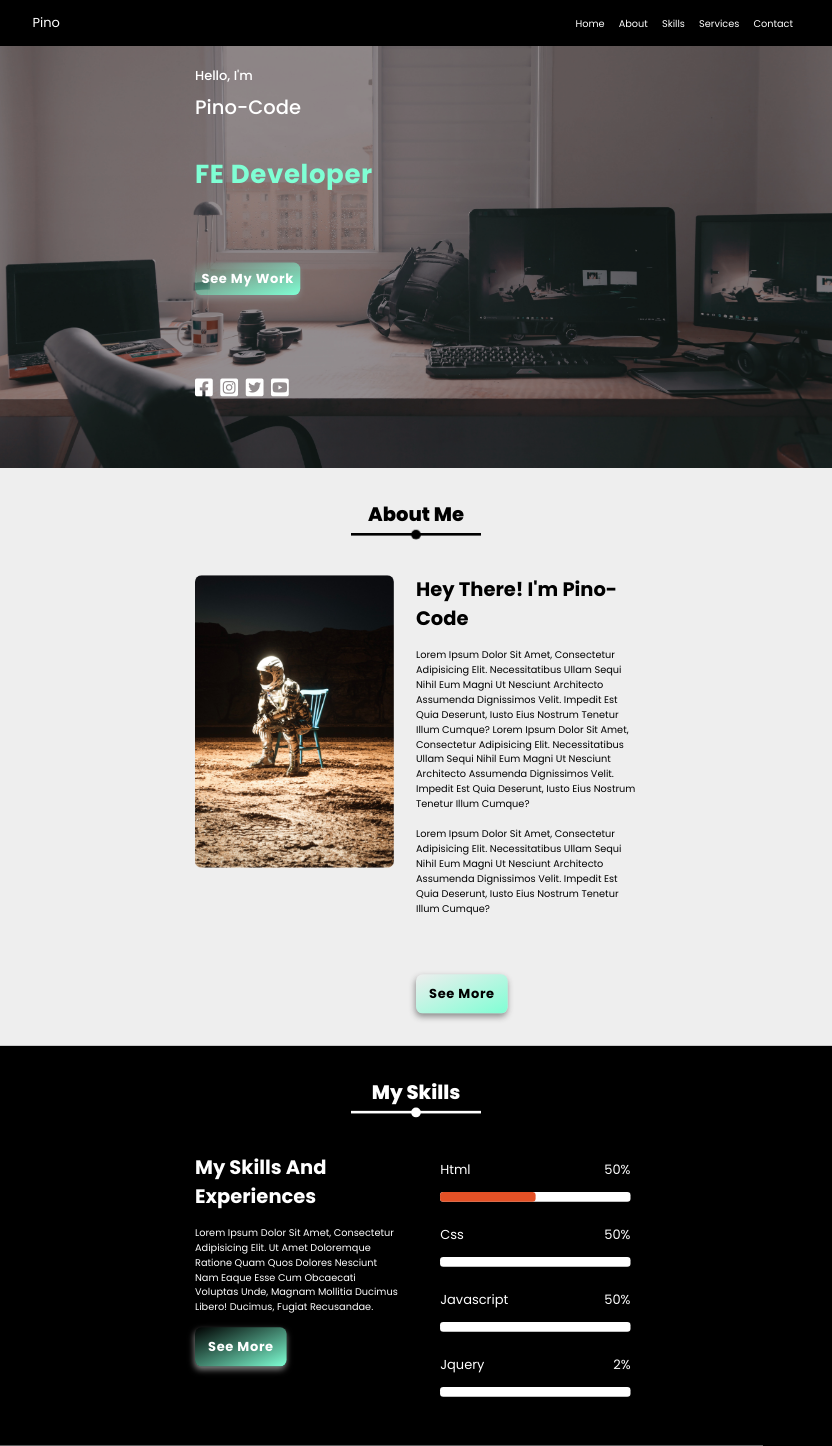
Repository: Pinocoding/New
Page: index.html
An editor plug-in stored every save of this project. The page is shown before and after the next save, followed by the edit.
The browser window is 1280 px wide. The pictures show the whole page, at 65% of full size.
Backgrounds fixed to the window are drawn as part of the page.

Above is the page before, as saved 2021-10-13 22:42:16.

After the next save:
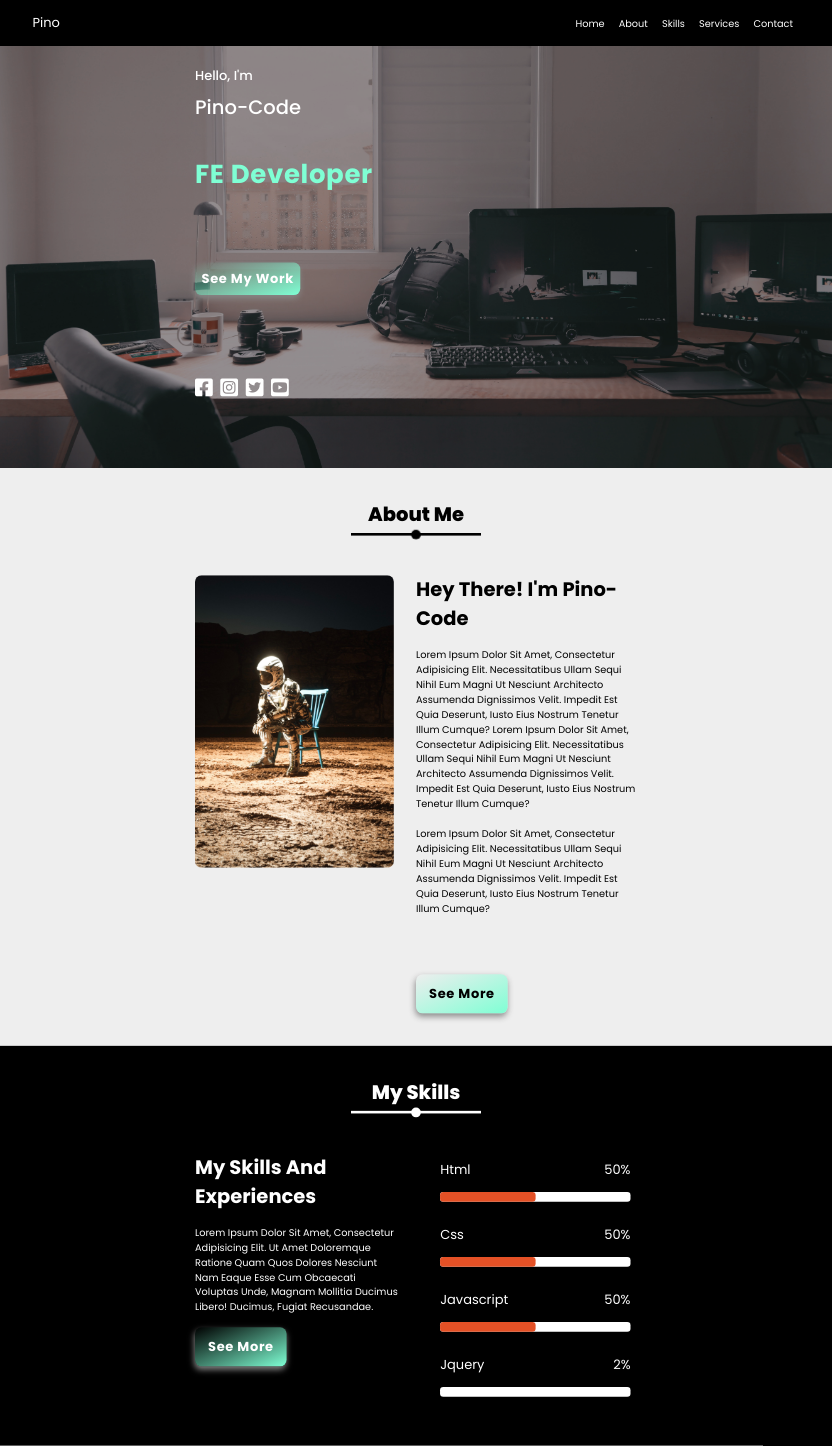
Saved 28 s later.
--- a/style.css
+++ b/style.css
@@ -318,6 +318,14 @@ section {
   width: 50%;
   background: #e45126;
 }
+.skills .content .col-right .bar .css::before {
+  width: 50%;
+  background: #e45126;
+}
+.skills .content .col-right .bar .javascript::before {
+  width: 50%;
+  background: #e45126;
+}
 
 /*  */
 .skills p {
